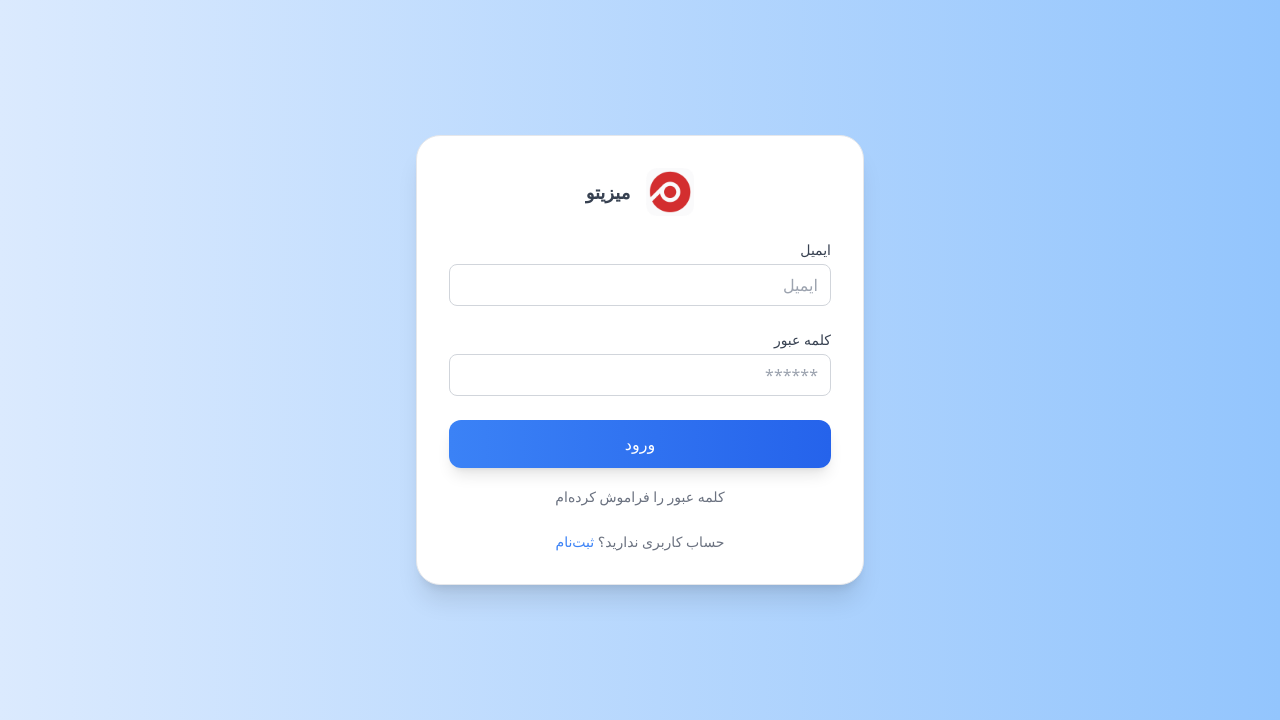
Repository: spnovaa/work-hive
Page: /login (app in front_end/)
The author's editor kept a copy of each file at every save. The page is drawn from the files as they stood at one save, then again after the next save.
The browser window is 1280 px wide. The pictures show the whole page.
The page's requests for data from a server got no answer. The project was rebuilt for these pictures with package versions that can differ from the ones it lists, and the page was loaded fresh each time. No one was signed in, and anything a server would have sent is missing. Also part of the build but not shown: front_end/src/pages/registration.jsx, front_end/src/components/profile/dropdown.jsx, front_end/src/components/profile/profileSection.jsx, front_end/src/components/dashboardSidebar.jsx, front_end/src/pages/home.jsx, front_end/src/components/project/projectCardComponent.jsx, front_end/src/components/project/projectDashboard.jsx, front_end/src/components/project/projectDetails.jsx and 3 more.

Above is the page before, as saved 2025-01-16 23:21:13.

After the next save:
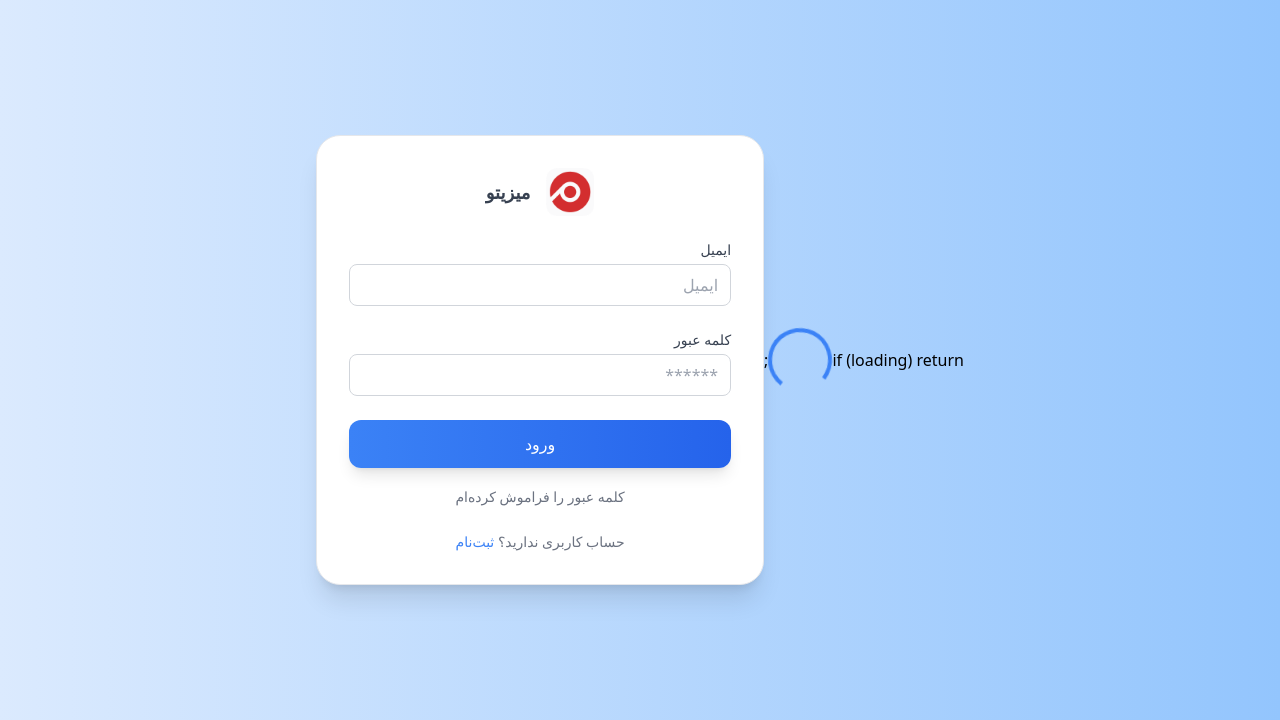
Saved 60 s later.
--- a/front_end/src/pages/login.jsx
+++ b/front_end/src/pages/login.jsx
@@ -33,12 +33,12 @@ const Login = () => {
                   setLoading(false);
               }
   }
- if (loading) return <Spinner />;
   return (
     <div
       className="min-h-screen flex items-center justify-center bg-gradient-to-r from-blue-100 to-blue-300"
       style={{ direction: 'rtl' }}
     >
+     if (loading) return <Spinner />;
       <div className="w-full max-w-md bg-white p-8 rounded-3xl shadow-xl border border-gray-200">
         <div className="text-center mb-6 flex items-center justify-center space-x-reverse space-x-2">
           <img src={logoImage} alt="لوگوی میزیتو" className="h-12" />
